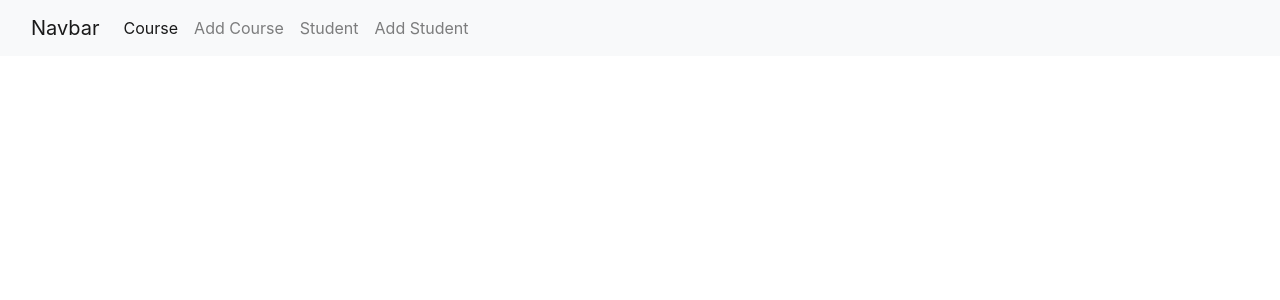
Repository: hnineiphyu-128/JavaEE_Exeercise_Lession
Page: http://localhost/06-EL-JSTL/index.jsp
An editor plug-in stored every save of this project. The page is shown before and after the next save, followed by the edit.
The browser window is 1280 px wide. The pictures show the whole page.
The page is served by Tomcat 9. Other server files are loaded and not shown.

Above is the page before, as saved 2020-12-18 10:03:19.

### 06-EL-JSTL/src/main/webapp/index.jsp
<%@ page language="java" contentType="text/html; charset=ISO-8859-1"
    pageEncoding="ISO-8859-1"%>
<!DOCTYPE html>
<html>
<head>
<meta charset="ISO-8859-1">
<title>Home</title>

<!-- CSS -->
<link href="common/css/bootstrap.min.css" rel="stylesheet" type="text/css"/>

<!-- JS -->
<script type="text/javascript" src="/common/js/jquery.min.js"></script>
<script type="text/javascript" src="/common/js/bootstrap.min.js"></script>

</head>
<body>

	<nav class="navbar navbar-expand-lg navbar-light bg-light">
		<div class="container-fluid">
			<a class="navbar-brand" href="#">Navbar</a>
			<button class="navbar-toggler" type="button"
				data-bs-toggle="collapse" data-bs-target="#navbarNav"
				aria-controls="navbarNav" aria-expanded="false"
				aria-label="Toggle navigation">
				<span class="navbar-toggler-icon"></span>
			</button>
			<div class="collapse navbar-collapse" id="navbarNav">
				<ul class="navbar-nav">
					<li class="nav-item">
						<a class="nav-link active" aria-current="page" href="#">Course</a>
					</li>
					<li class="nav-item">
						<a class="nav-link" href="#">Add Course</a>
					</li>
					<li class="nav-item">
						<a class="nav-link" href="#">Student</a>
					</li>
					<li class="nav-item">
						<a class="nav-link" href="#">Add Student</a>
					</li>
				</ul>
			</div>
		</div>
	</nav>

</body>
</html>

### 06-EL-JSTL/src/main/webapp/common/menu.jsp
<%@ page language="java" contentType="text/html; charset=ISO-8859-1"
    pageEncoding="ISO-8859-1"%>
<nav class="navbar navbar-expand-lg navbar-light bg-light">
	<div class="container-fluid">
		<a class="navbar-brand" href="#">Navbar</a>
		<button class="navbar-toggler" type="button" data-bs-toggle="collapse"
			data-bs-target="#navbarNav" aria-controls="navbarNav"
			aria-expanded="false" aria-label="Toggle navigation">
			<span class="navbar-toggler-icon"></span>
		</button>
		<div class="collapse navbar-collapse" id="navbarNav">
			<ul class="navbar-nav">
				<li class="nav-item"><a class="nav-link active"
					aria-current="page" href="#">Course</a></li>
				<li class="nav-item"><a class="nav-link" href="#">Add
						Course</a></li>
				<li class="nav-item"><a class="nav-link" href="#">Student</a></li>
				<li class="nav-item"><a class="nav-link" href="#">Add
						Student</a></li>
			</ul>
		</div>
	</div>
</nav>

Loaded but not shown: 06-EL-JSTL/src/main/webapp/common/css/bootstrap.min.css (library); 06-EL-JSTL/src/main/webapp/common/js/jquery.min.js (library); 06-EL-JSTL/src/main/webapp/common/js/bootstrap.min.js (library)

After the next save:
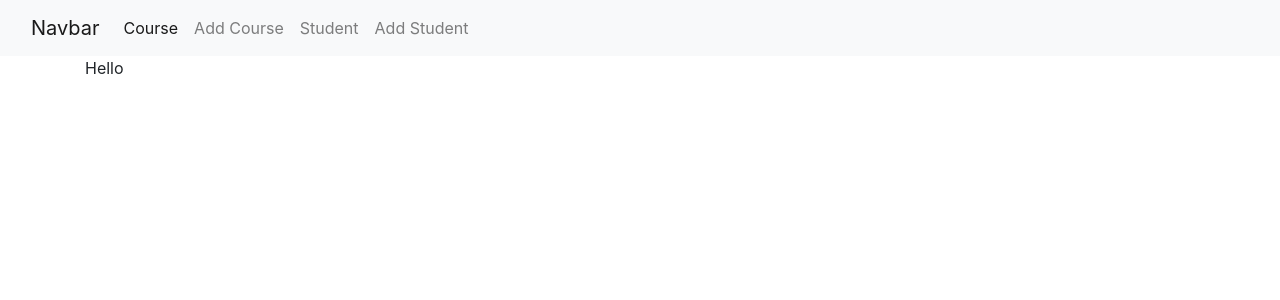
Saved 103 s later.
--- a/06-EL-JSTL/src/main/webapp/index.jsp
+++ b/06-EL-JSTL/src/main/webapp/index.jsp
@@ -16,33 +16,14 @@
 </head>
 <body>
 
-	<nav class="navbar navbar-expand-lg navbar-light bg-light">
-		<div class="container-fluid">
-			<a class="navbar-brand" href="#">Navbar</a>
-			<button class="navbar-toggler" type="button"
-				data-bs-toggle="collapse" data-bs-target="#navbarNav"
-				aria-controls="navbarNav" aria-expanded="false"
-				aria-label="Toggle navigation">
-				<span class="navbar-toggler-icon"></span>
-			</button>
-			<div class="collapse navbar-collapse" id="navbarNav">
-				<ul class="navbar-nav">
-					<li class="nav-item">
-						<a class="nav-link active" aria-current="page" href="#">Course</a>
-					</li>
-					<li class="nav-item">
-						<a class="nav-link" href="#">Add Course</a>
-					</li>
-					<li class="nav-item">
-						<a class="nav-link" href="#">Student</a>
-					</li>
-					<li class="nav-item">
-						<a class="nav-link" href="#">Add Student</a>
-					</li>
-				</ul>
-			</div>
+	<!-- Menu -->
+	<jsp:include page="common/menu.jsp"></jsp:include>
+
+	<div class="container">
+		<div class="row">
+			<div class="col">Hello</div>
 		</div>
-	</nav>
+	</div>
 
 </body>
 </html>
